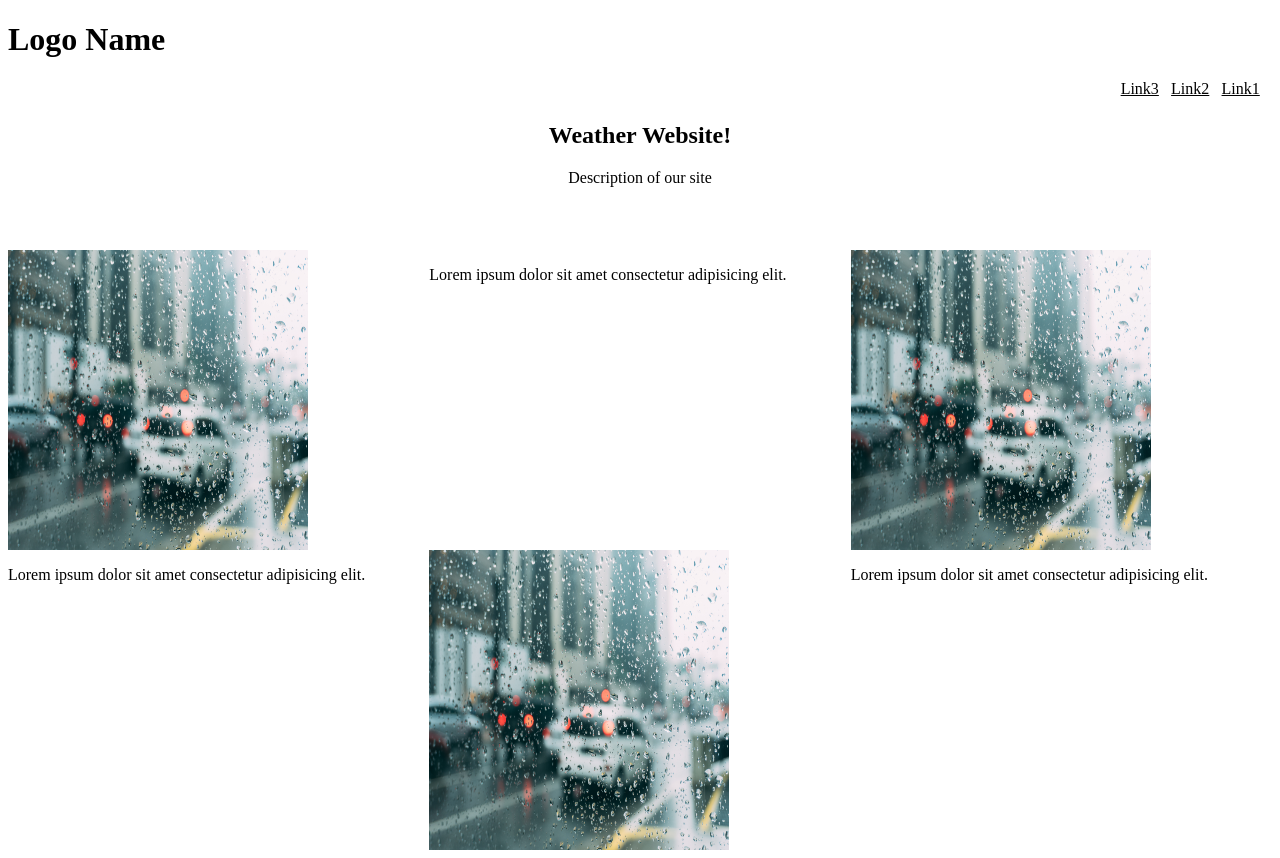
Repository: aaron1986/Breakout2_group_code
Page: index.html
The author's editor kept a copy of each file at every save. The page is drawn from the files as they stood at one save, then again after the next save.
The browser window is 1280 px wide. The pictures show the whole page.

Above is the page before, as saved 2023-09-13 09:50:38.

### index.html
<!DOCTYPE html>
<html lang="en">
<head>
    <meta charset="UTF-8">
    <meta name="viewport" content="width", initial-scale="1.0">
    <link rel="stylesheet" href="style.css">
    <title>Document</title>
</head>
<body>
    <header>
        <h1>Logo Name</h1>
        <nav>
            <ul>
                <li><a href="https://www.bbc.com/weather" target="_blank">Link1</a></li>
                <li><a href="https://edition.cnn.com/weather" target="_blank">Link2</a></li>
                <li><a href="https://weather.com/en-GB/weather/today/l/UKXX0085:1:UK?Goto=Redirected" target="_blank">Link3</a></li>
            </ul>
        </nav>
    </header>

    <!-- Main Section -->
    <main>
        <h2>Weather Website!</h2>
        <p id ="text-box">Description of our site</p>

        <section>
            <div class="image-container">
                <img src="./img/pexels-kaique-rocha-125510.jpg" alt="">
                <div class="img-textbox">
                    <p>
                        Lorem ipsum dolor sit amet consectetur adipisicing elit.
                    </p>
                </div>

                <img src="./img/pexels-kaique-rocha-125510.jpg" alt="">
                <div class="img-textbox">
                    <p>
                        Lorem ipsum dolor sit amet consectetur adipisicing elit.
                    </p>
                </div>

                <img src="./img/pexels-kaique-rocha-125510.jpg" alt="">
                <div class="img-textbox">
                    <p>
                        Lorem ipsum dolor sit amet consectetur adipisicing elit.
                    </p>
                </div>

            </div> <!-- end of image container -->
        </section>


    </main>
</body>
</html>

### style.css

body {

}

ul > li {
    display: inline;
    float: right;
    margin-right: 1%;
}

li > a {
    color: black;
}

 a:hover {
    color: red;
 }

h2 {
    text-align: center;
    margin-top: 5%;
}

#text-box {
    text-align: center;
}


.image-container{
    margin-top: 5%;
    display: grid;
    justify-content: center;
    grid-template-columns: repeat(3, 1fr);
}

img {
    width: 300px;
    height: 300px;
}

After the next save:
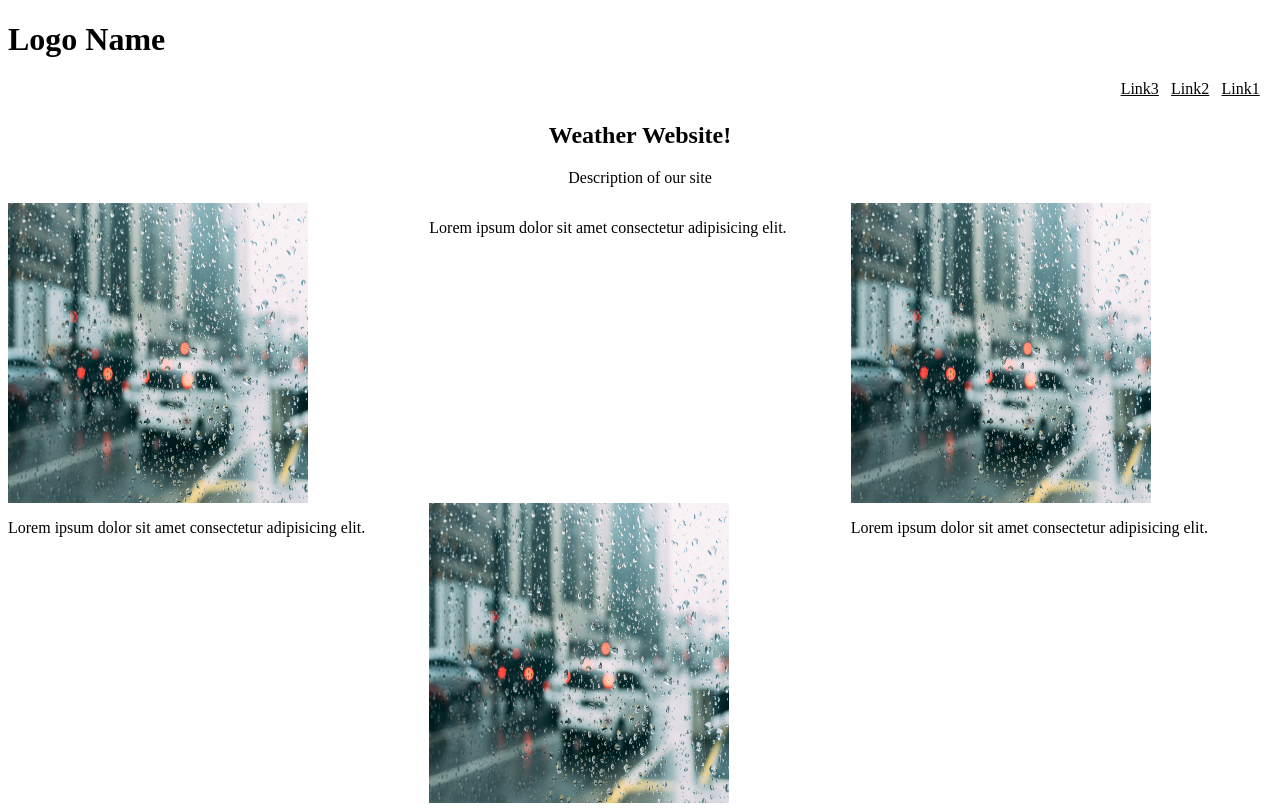
Saved 24 s later.
--- a/style.css
+++ b/style.css
@@ -14,7 +14,7 @@ li > a {
 }
 
  a:hover {
-    color: red;
+    color: green;
  }
 
 h2 {
@@ -28,13 +28,13 @@ h2 {
 
 
 .image-container{
-    margin-top: 5%;
     display: grid;
     justify-content: center;
     grid-template-columns: repeat(3, 1fr);
 }
 
 img {
+
     width: 300px;
     height: 300px;
 }
